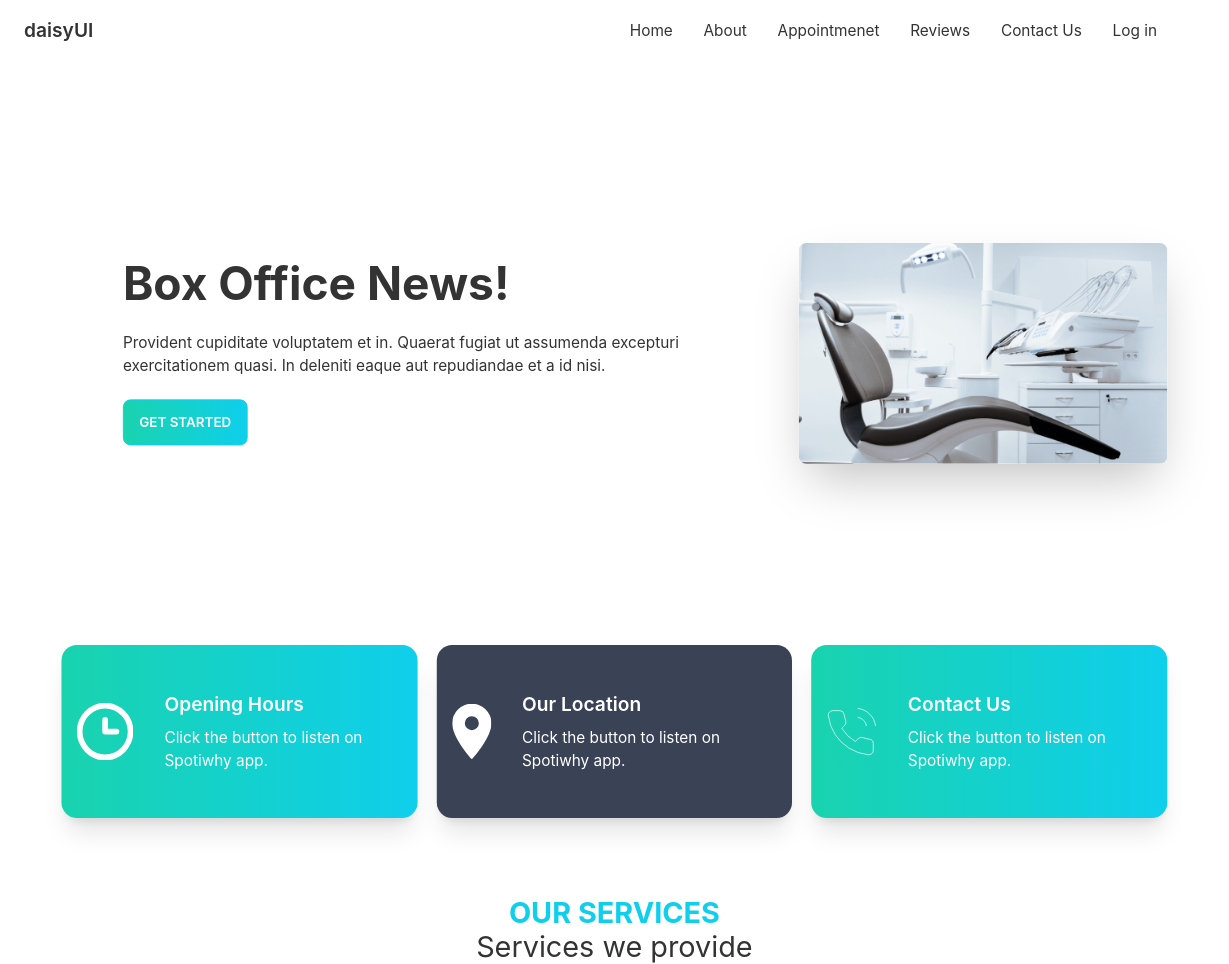
Repository: Tanvir3744/Doctors-client-website
Page: /
These files come from the project's save history. The page is drawn as it stood at one moment and after the next save; the edit follows.
The browser window is 1280 px wide. The pictures show the whole page, at 96% of full size.
The project was rebuilt for these pictures with package versions that can differ from the ones it lists, and the page was loaded fresh each time. Also part of the build but not shown: src/Pages/About/About.js, src/Pages/Login/Login.js, src/Pages/NotFound/NotFound.js.

Above is the page before, as saved 2022-05-25 19:52:34.

After the next save:
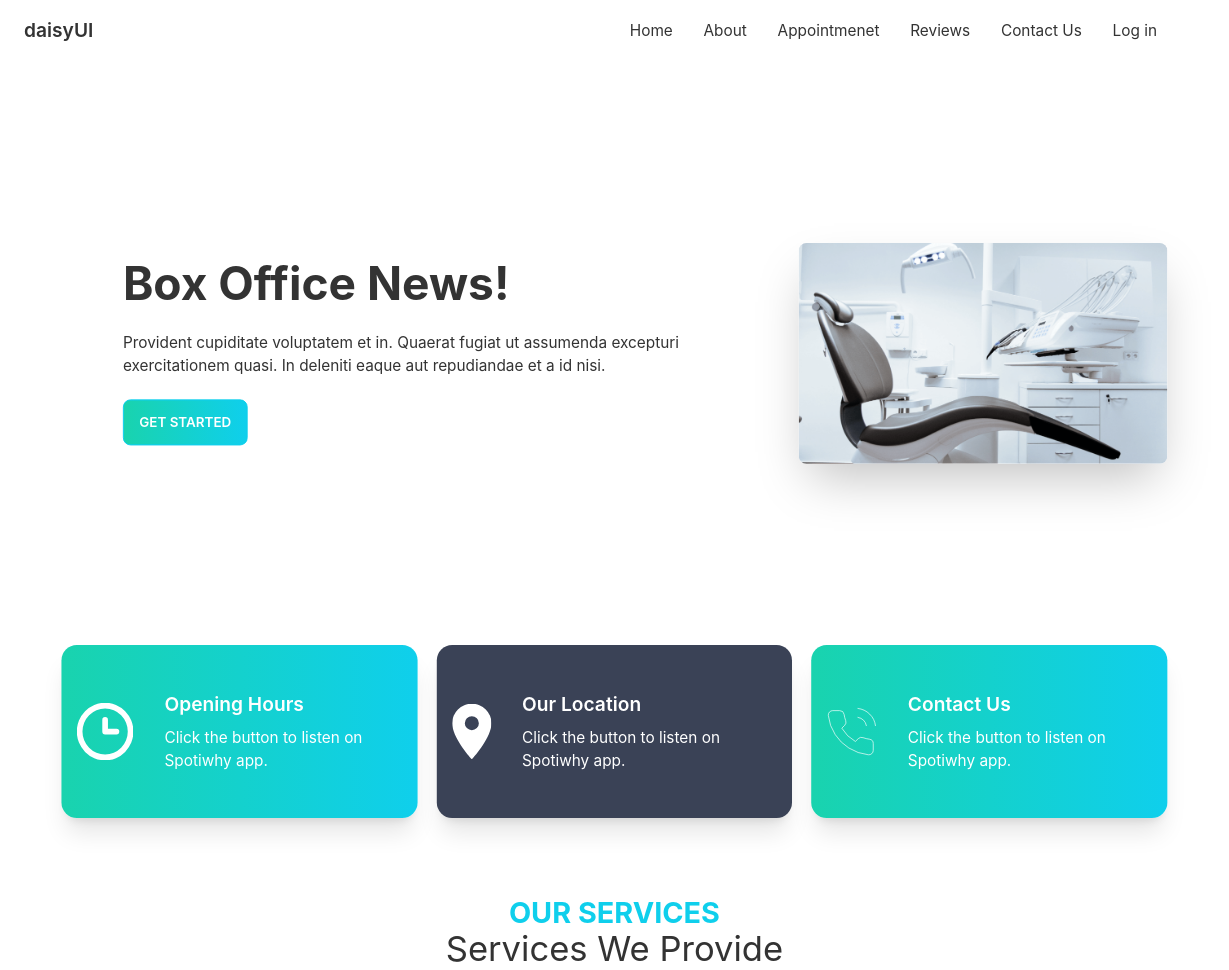
Saved 38 s later.
--- a/src/Pages/Home/Services.js
+++ b/src/Pages/Home/Services.js
@@ -5,7 +5,7 @@ const Services = () => {
         <div>
             <div className='text-3xl text-center mt-20'>
                 <h3 className='text-primary uppercase font-bold'>Our Services</h3>
-                <h2>Services we provide</h2>
+                <h2 className='text-4xl text-dark capitalize '>Services we provide</h2>
             </div>
         </div>
     );
